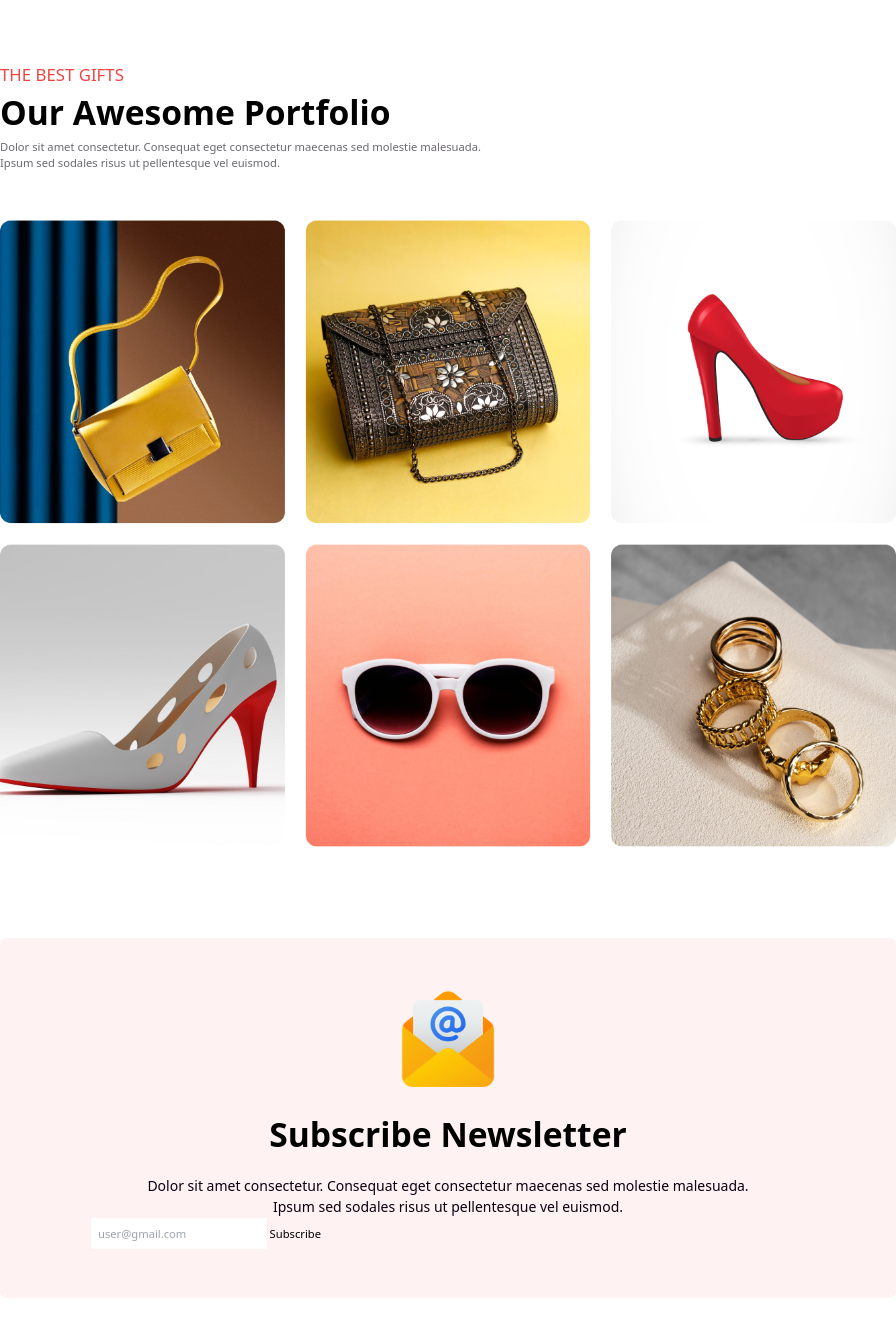
Repository: nahid-hasann/landing-page-1
Page: index.html
These files come from the project's save history. The page is drawn as it stood at one moment and after the next save; the edit follows.
The browser window is 1280 px wide. The pictures show the part of the page from y = 4580 to 6500 px (the page is 6564 px tall), at 70% of full size.
Some web libraries are served in a nearby version.

Above is the page before, as saved 2025-07-09 22:06:30.

### index.html
<!DOCTYPE html>
<html lang="en">
<head>
    <meta charset="UTF-8">
    <meta name="viewport" content="width=device-width, initial-scale=10">
    <title>Document</title>
    <link rel="stylesheet" href="style.css">
    <script src="https://cdn.tailwindcss.com"></script>

</head>
<body>

<main class="main">

  <section>
      <div class="banner">

        <h6 style="color: white; text-align: center;">Happy New Year</h6>
        <h1 style="color: white; text-align: center;">New Year Party Celebration</h1>

    </div>
  </section>

<section class="discount-section">
      <div class="discount">

      <h1 class="discount-of">65% OFF</h1>
      <br>
      <br>
      <br>
      <p class="discount-p">OUR HOLIDAY DEALS ARE BETTER</p>
      <br>
      <h4 class="discount-h">ALL CATEGORIES</h4>
      <br>
      <img style="width: 802px; text-align: center; margin: auto;" src="images/New Year Photo.png" alt="">

  </div>
</section>

<section class="midnight-party">
      <div>
        <h1 style="font-size: 64px; color: white;">Welcome to midnight party</h1>
        <br>
        <p style="font-size: 18px; color: #b09f7c;">Dolor sit amet consectetur. Consequat eget consectetur maecenas sed molestie malesuada. Ipsum sed sodales risus ut pellentesque vel euismod. </p>
        <br>
        <p style="font-size: 20px ; font-weight: 700; color: white;">Join Now</p>
      </div>

      <img src="images/Group 70.png" alt="">

</section >

<section class=" offer">

         <p style="font-size: 30px;"><span style="color: red; font-size: 30px;">Place:</span> New Park Hotel</p>
         <br>
         <p style="font-size: 30px;"><span style="color: red; font-size: 30px;">Date:</span> 31 December Night 2023</p>
         <br>
         <p style="font-size: 30px;"><span style="color: red; font-size: 30px;">Time:</span> Evening 7.30 pm to 12.30 am</p>
         <br>
         <br>
         <button class="btn">Join Now</button>

</section>


<section class="new-best-offer">

<div class="new-offer1">
  <p style="font-size: 24px; color: red;">NEW BEST OFFER</p>
  <br>
  <h1 style="font-size: 48px;">Coming Soon</h1>
  <br>
  <p style="font-size: 20px ; color: rgba(7, 2, 17, 0.6);">Dolor sit amet consectetur. Consequat eget consectetur maecenas sed molestie malesuada. Ipsum sed sodales risus ut pellentesque vel euismod. </p>
</div>

<div style="padding-right: 100px;" class="new-offer2">
    <div class="circle-border">
      <img style="width: 364px; " src="images/Ellipse 1.png" alt="">
    </div>
</div>

<div class="new-offer3">
      <h2>2024</h2>
      <p>Dolor sit amet consectetur. Consequat eget consectetur maecenas sed.</p>
      <img src="images/Group 96.png" alt="">
</div>

</section>


<section class="holidays">

  <div>
    <p style="font-size: 24px ; text-align: center;">WHAT IS FUNCTIONAL</p>
    <br>
    <h1 style="font-size: 72px; text-align: center;"><span style="color: red; text-align: center;">Holidays</span> Sale 50%</h1>
    <br>
    <p style="text-align: center; font-size: 18px ; padding: 0px 100px;">Dolor sit amet consectetur. Consequat eget consectetur maecenas sed <br>
molestie malesuada. Ipsum sed  sodales risus ut pellentesque vel euismod. Eleifend nunc purus quam id <br> fermentum amet amet sit consectetur.</p>
  </div>

  <div class="holidays-img">
    <img class="img1" src="images/Group 75.png" alt="">
    <img class="img2" src="images/Group 44.png" alt="">
  </div>


</section>


<section class="img-show mb-[130px]">

   <div>
    <p class="text-red-500  text-[24px]">THE BEST GIFTS</p>
    <h1 class="text-[48px] font-bold">Our Awesome Portfolio</h1>
    <p class="text-[rgba(7,2,17,0.6)]">Dolor sit amet consectetur. Consequat eget consectetur maecenas sed molestie malesuada. <br>
    Ipsum sed sodales risus ut pellentesque vel euismod. </p>
   </div>

   <div class="img-show-1">
    <img src="images/Rectangle 3.png" alt="">
    <img src="images/Rectangle 4.png" alt="">
    <img src="images/Rectangle 5.png" alt="">
    <img src="images/Rectangle 6.png" alt="">
    <img src="images/Rectangle 7.png" alt="">
    <img src="images/Rectangle 8.png" alt="">
   </div>

</section>

<section class="subscrib-news-latter mb-[130px]">
     <div class="subscription">
      <img class="w-[150px] h-[150px]" src="images/Group 61.png" alt="">
      <br>
      <h1 class="text-[48px] font-bold">Subscribe Newsletter</h1>
      <br>
      <p class="text-[20px] text-[#070211]">Dolor sit amet consectetur. Consequat eget consectetur maecenas sed molestie malesuada.
        <br> Ipsum sed sodales risus ut pellentesque vel euismod. </p>
     </div>

     <div class="news-latter">
      <input type="email" placeholder="user@gmail.com">
      <button>Subscribe</button>
     </div>
</section>

</main>





</body>
</html>

### style.css
*{
    margin: 0;
    padding: 0;
    box-sizing: border-box;
}

.main{
    max-width: 1320px;
    margin: auto;
}

.banner{
    background: linear-gradient(rgba(0, 0, 0, 0.5), rgba(0, 0, 0, 0.5)), url(images/banner.png);
    background-repeat: no-repeat;
    background-size: cover;
    background-position: center;
    margin: 20px auto;
    height: 600px;
    display: flex;
    flex-direction: column;
    justify-content: center;
    border-radius: 15px;

}

.banner h1 {
   font-size: 72px;
}

.banner h6{
    font-size: 32px;
}

.discount{
    display: flex;
    flex-direction: column;
    justify-content: center;
    align-items: center;
}

.discount-of{
    font-size: 88px;
    color: red;
}

.discount-p{
    font-size: 24px ;
    color: red;

}

.discount-h{
    font-size: 48px;
}

.discount-section{
    margin: 130px 0;
}

.midnight-party{
    display: flex;
    justify-content: space-around;
    background: linear-gradient(rgba(0, 0, 0, 0.5), rgba(0, 0, 0, 0.5)), url('images/Vectorrr.png');
    align-items: center;
    padding: 40px 100px;
    border-radius: 10px;
    gap: 40px;
    margin-bottom: 130px;
}

.offer{
    background: linear-gradient(to bottom, #ffeaea, #ffffff);
    padding: 100px;
    display: flex;
    flex-direction: column;
    align-items: center;
    margin-bottom: 130px;
    border-radius: 10px;
}

.btn{
    padding: 13px 24px;
    border: none;
    background-color: red;
    border-radius: 5px;
}

.new-best-offer{
    display: flex;
    gap: 50px;
    align-items: center;
    justify-content: space-between;
    margin: 130px auto;
}

.new-offer2 .circle-border{
    width: 500px;
    height: 500px;
    border-radius: 50%;
    display: flex;
    justify-content: center;
    background: transparent;
    align-items: center;
    border: 20px solid red;

}

.new-offer2 img {
    width: 90%;                 /* Size adjust */
    height: auto;
    object-fit: cover;          /* Maintain image aspect */
}

.holidays{
    margin-bottom: 130px;
}

.img1{
    width: 674px;
}

.img2{
    width: 200px;
    margin-bottom: 300px;
    margin-right: 70px;
}

.holidays-img{
    background-image: url('images/rectangle.png');
    background-repeat: no-repeat;
    background-position: center bottom;
    display: flex;
    justify-content: space-between;
    align-items: flex-end;
    margin-top: 50px;
}

.img-show-1{

    display: grid;
    grid-template-columns: 1fr 1fr 1fr;
    column-gap: 30px;
    row-gap: 30px;
    margin-top: 70px;
}

.subscription{
    display: flex;
    flex-direction: column;
    justify-content: center;
    align-items: center;
    text-align: center;
}

.subscrib-news-latter{
    background: #fff2f2;
    padding: 70px 130px;
    border-radius: 10px;
}

.news-latter input{
    background-color: rgba(255, 255, 255, 1);
    padding: 10px ;
}

After the next save:
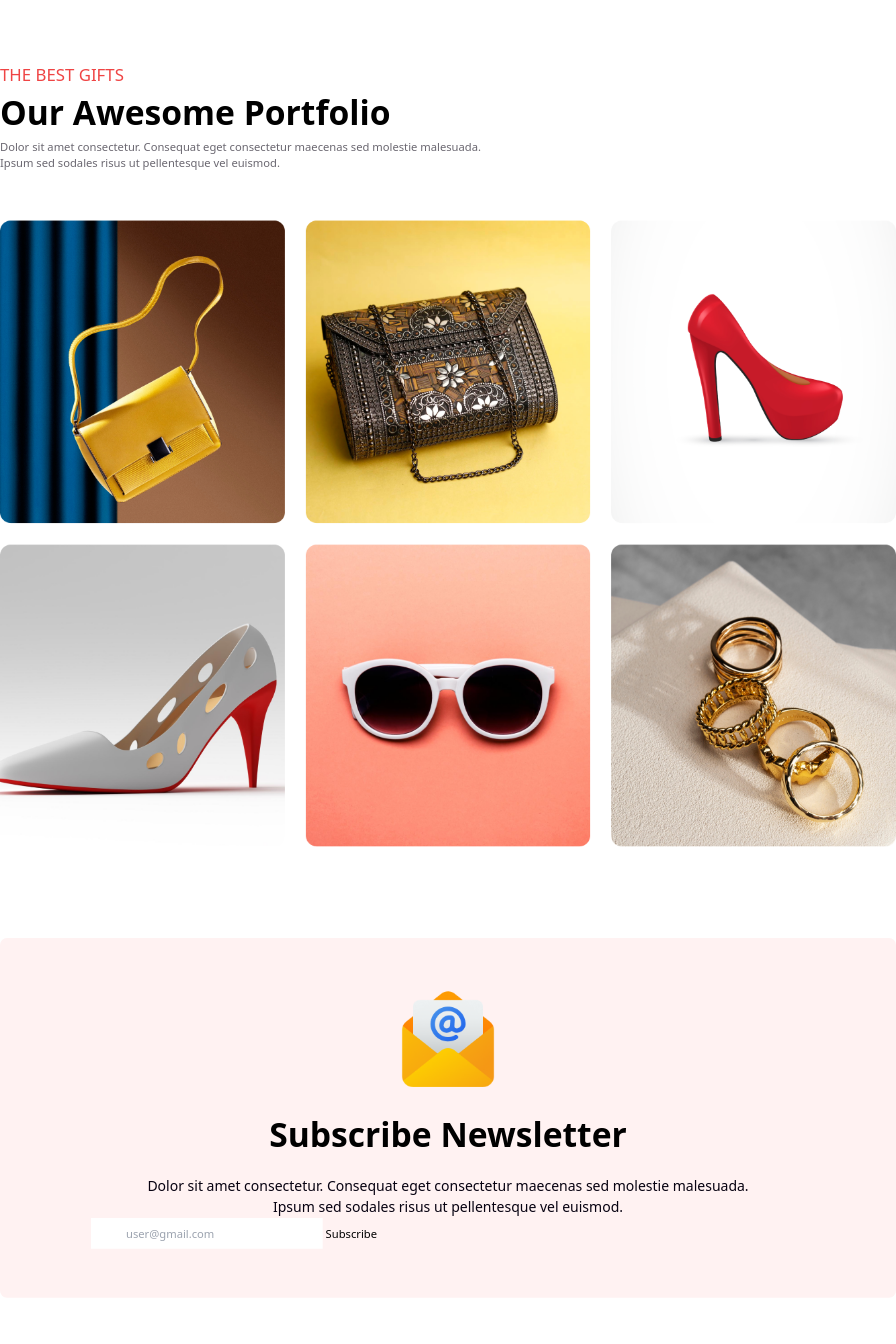
Saved 4 s later.
--- a/style.css
+++ b/style.css
@@ -160,5 +160,5 @@
 
 .news-latter input{
     background-color: rgba(255, 255, 255, 1);
-    padding: 10px ;
+    padding: 10px 50px;
 }
